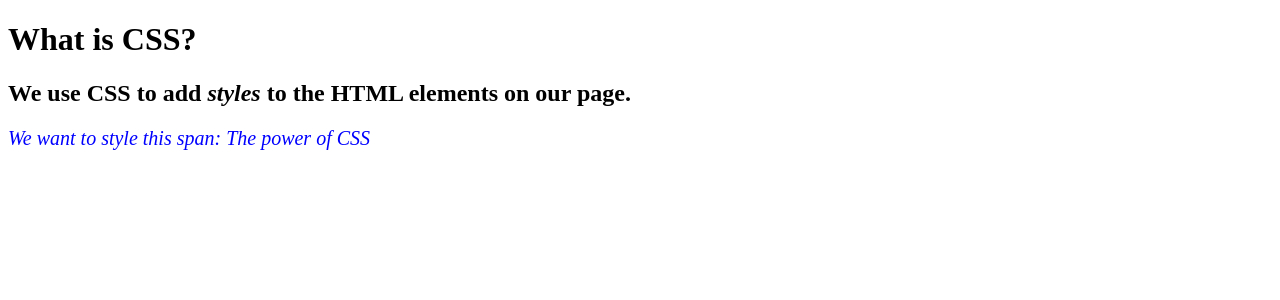
Repository: 3EyEdRav3n/10-2020-cohort-course
Page: week-1/day-3/index.html
An editor plug-in stored every save of this project. The page is shown before and after the next save, followed by the edit.
The browser window is 1280 px wide. The pictures show the whole page.

Above is the page before, as saved 2020-10-28 21:31:30.

After the next save:
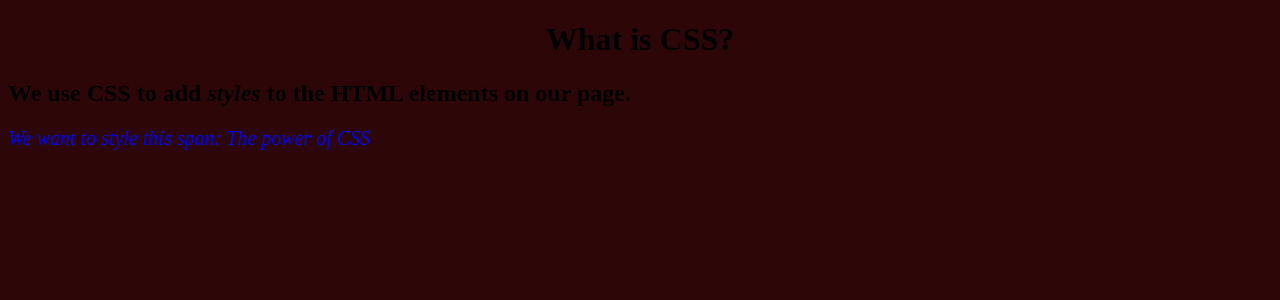
Saved 3 min 11 s later.
--- a/week-1/day-3/style.css
+++ b/week-1/day-3/style.css
@@ -1,6 +1,6 @@
 
 body {
-  background-color: rgb();
+  background-color: rgb(45, 7, 8);
 }
 
 p {
@@ -9,3 +9,8 @@ p {
   font-style: italic;
   line-height: 22px;
 }
+
+h1{
+  /* left, center, right, bottom, top */
+  text-align: center;
+}
